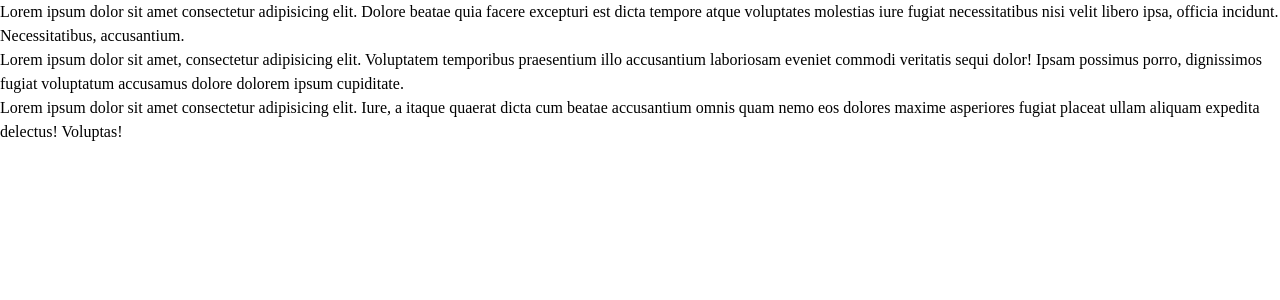
Repository: nguyenkien12345/Master-Css
Page: 1 so thuoc tinh css dac biet/index.html
The author's editor kept a copy of each file at every save. The page is drawn from the files as they stood at one save, then again after the next save.
The browser window is 1280 px wide. The pictures show the whole page.

Above is the page before, as saved 2023-09-10 22:48:38.

After the next save:
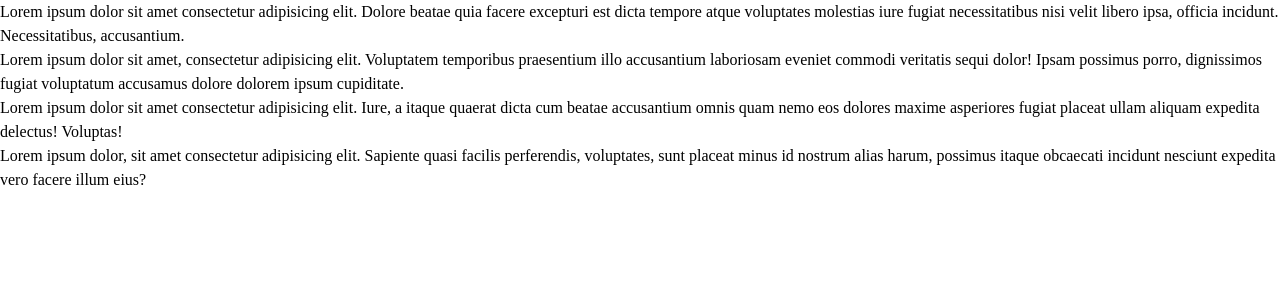
Saved 23 s later.
--- a/1 so thuoc tinh css dac biet/index.html
+++ b/1 so thuoc tinh css dac biet/index.html
@@ -134,5 +134,8 @@
     <main>
       <p>Lorem ipsum dolor sit amet consectetur adipisicing elit. Iure, a itaque quaerat dicta cum beatae accusantium omnis quam nemo eos dolores maxime asperiores fugiat placeat ullam aliquam expedita delectus! Voluptas!</p>
     </main>
+    <article>
+      <p>Lorem ipsum dolor, sit amet consectetur adipisicing elit. Sapiente quasi facilis perferendis, voluptates, sunt placeat minus id nostrum alias harum, possimus itaque obcaecati incidunt nesciunt expedita vero facere illum eius?</p>
+    </article>
 </body>
 </html>
